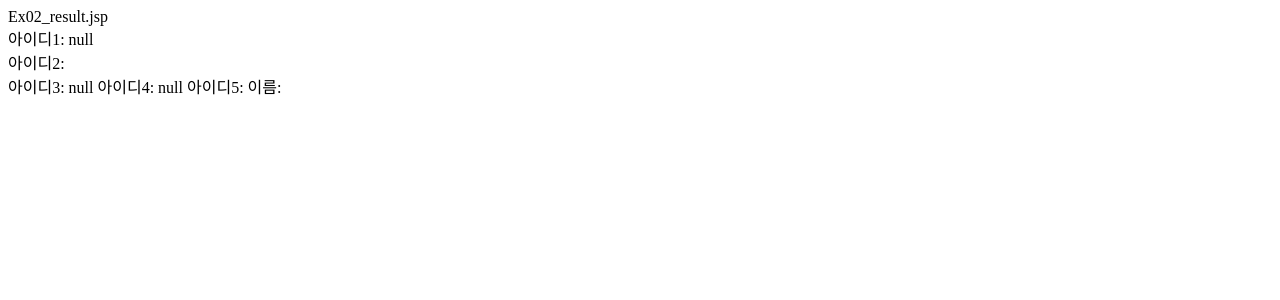
Repository: uj06134/Metabuild_JSP
Page: http://localhost/07_EL_JSTL/Ex02_result.jsp
The author's editor kept a copy of each file at every save. The page is drawn from the files as they stood at one save, then again after the next save.
The browser window is 1280 px wide. The pictures show the whole page.
The page is served by Tomcat 9.

Above is the page before, as saved 2025-09-16 04:53:18.

### 07_EL_JSTL/src/main/webapp/Ex02_result.jsp
<%@ page language="java" contentType="text/html; charset=UTF-8"
    pageEncoding="UTF-8"%>
Ex02_result.jsp<br>
<%
	request.setCharacterEncoding("UTF-8");
%>
<jsp:useBean id="pb" class="myPkg.PersonBean"/>
<jsp:setProperty property="*" name="pb"/>

아이디1: <%=request.getParameter("id") %> <br>
아이디2: ${param.id} <br>
아이디3: <%=pb.getId()%>
아이디4: <jsp:getProperty property="id" name="pb"/>
아이디5: ${pb.id}

이름: ${param.name} <br>

### 07_EL_JSTL/src/main/java/myPkg/PersonBean.java
package myPkg;

public class PersonBean {
	private String id;
	private String name;
	private String password;
	private int age;

	public String getId() {
		return id;
	}
	public void setId(String id) {
		this.id = id;
	}
	public String getName() {
		return name;
	}
	public void setName(String name) {
		this.name = name;
	}
	public String getPassword() {
		return password;
	}
	public void setPassword(String password) {
		this.password = password;
	}
	public int getAge() {
		return age;
	}
	public void setAge(int age) {
		this.age = age;
	}

}

After the next save:
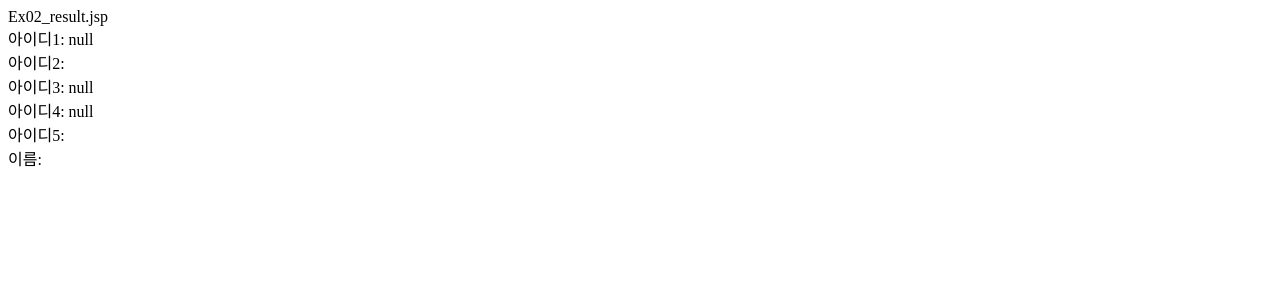
Saved 6 s later.
--- a/07_EL_JSTL/src/main/webapp/Ex02_result.jsp
+++ b/07_EL_JSTL/src/main/webapp/Ex02_result.jsp
@@ -9,8 +9,8 @@ Ex02_result.jsp<br>
 
 아이디1: <%=request.getParameter("id") %> <br>
 아이디2: ${param.id} <br>
-아이디3: <%=pb.getId()%>
-아이디4: <jsp:getProperty property="id" name="pb"/>
-아이디5: ${pb.id}
+아이디3: <%=pb.getId()%> <br>
+아이디4: <jsp:getProperty property="id" name="pb"/> <br>
+아이디5: ${pb.id} <br>
 
 이름: ${param.name} <br>
